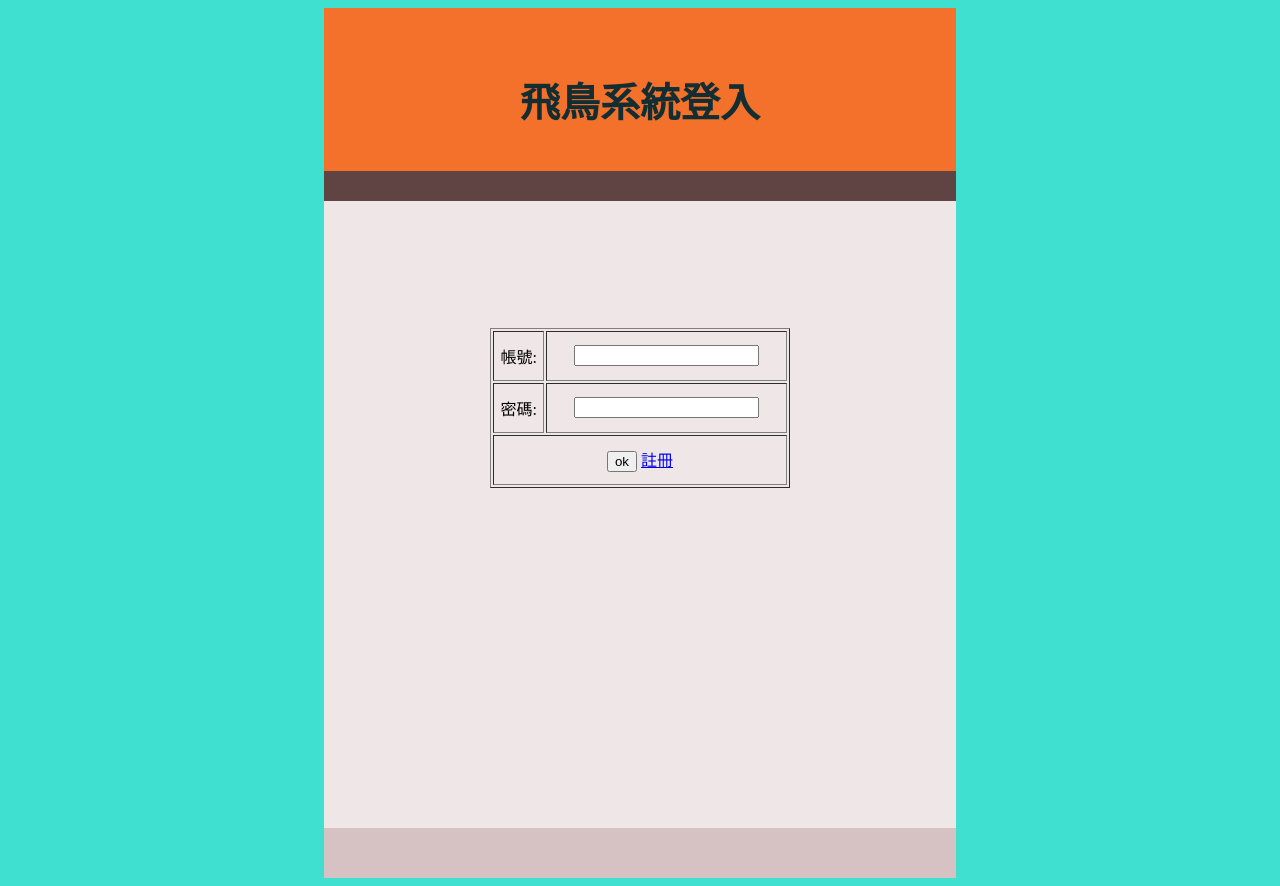
Repository: pride0420/portfolio
Page: Portfolio/1_springBoot/src/main/resources/static/index.html
An editor plug-in stored every save of this project. The page is shown before and after the next save, followed by the edit.
The browser window is 1280 px wide. The pictures show the whole page.

Above is the page before, as saved 2023-12-01 06:00:40.

### Portfolio/1_springBoot/src/main/resources/static/index.html
<!DOCTYPE html>
<html>
<link rel="stylesheet" href="css/index.css">
<head>
<meta charset="utf-8">
<title>Insert title here</title>
</head>
<body>
<form action="login" method="post">
<div id="header" >飛鳥系統登入</div>
	<div id="navigater"></div>
		<div id="content"><table align="center" border="1" width=300>
		<tr align="center" height=50>
			<td>帳號:</td>
			<td><input type="text" name="username"></td>
		</tr>
		<tr align="center" height=50>
			<td>密碼:</td>
			<td><input type="password" name="password"></td>
		</tr>
		<tr align="center" height=50>
			<td colspan="2"><input type="submit" value="ok">
			<a href="addError">註冊</td>

		</tr>
	</table></div>
</form>

<div id="footer"></div>
</body>
</html>

### Portfolio/1_springBoot/src/main/resources/static/css/index.css
@charset "BIG5";
body{
	 background-color:  #40e0d0;
}
#header{
	background-color: #F3712B;
	width: 50%;
	height:100px;
	margin-left: 25%;
	color: #132E32;
	font-weight:800;
	font-size:250%;
	text-align: center;
	padding-top: 5%;
}
#navigater{

	background-color:#604443;
	width: 50%;
	height:30px;
	column-count:2;
	border-collapse:collapse;
	column-span:all;
	margin-left: 25%;
}
#nav{
	background-color:#604443;
	color:white;
	padding-left:60%;
	column-span:all;

}
#content{
	background-color:#EFE7E7;
	width: 50%;
	height:500px;
	margin-left: 25%;
	padding-top: 10%;
}
#footer{
	background-color:#D6C2C2;
	width: 50%;
	height:50px;
	margin-left: 25%;
}

After the next save:
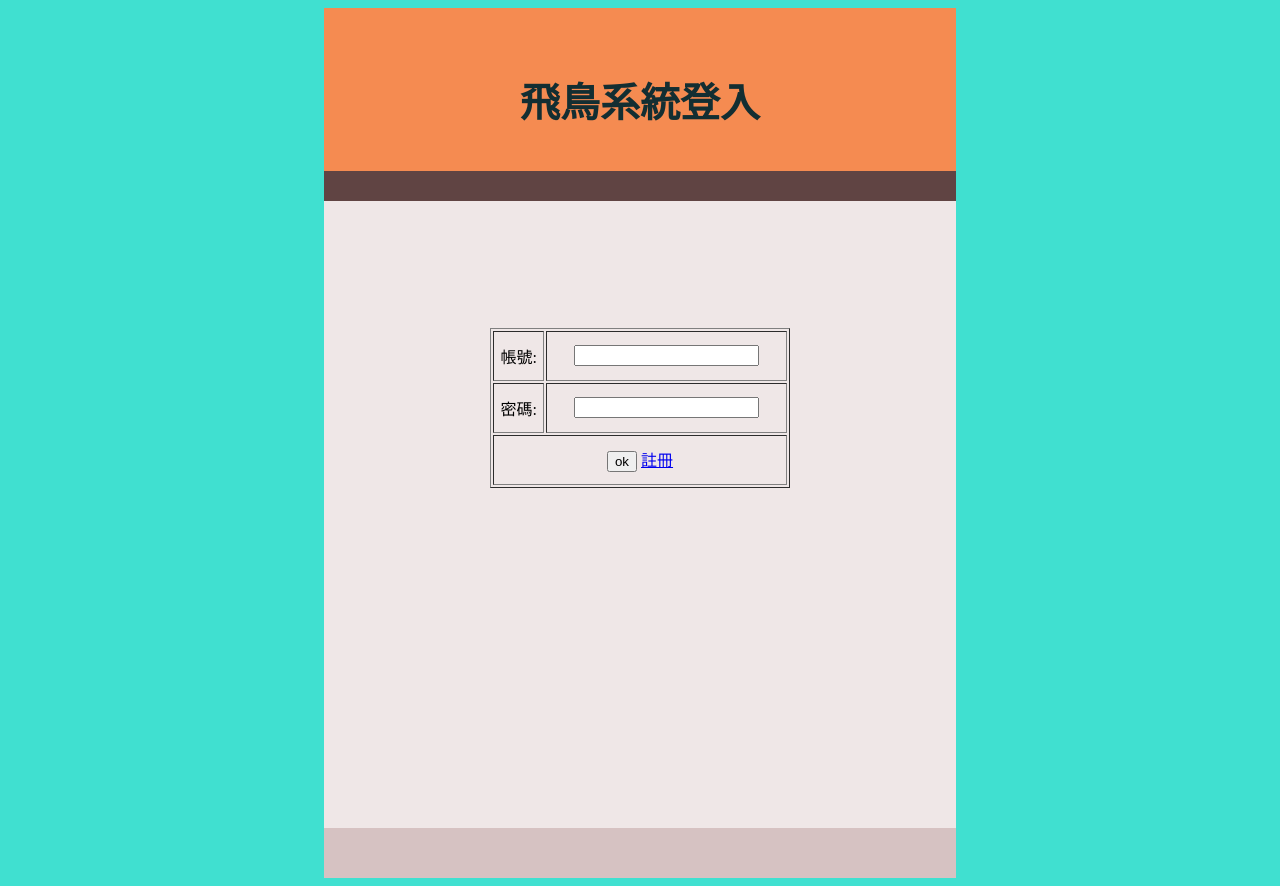
Saved 2 min 5 s later.
--- a/Portfolio/1_springBoot/src/main/resources/static/css/index.css
+++ b/Portfolio/1_springBoot/src/main/resources/static/css/index.css
@@ -3,7 +3,7 @@ body{
 	 background-color:  #40e0d0;
 }
 #header{
-	background-color: #F3712B;
+	background-color: #F58B51;
 	width: 50%;
 	height:100px;
 	margin-left: 25%;
